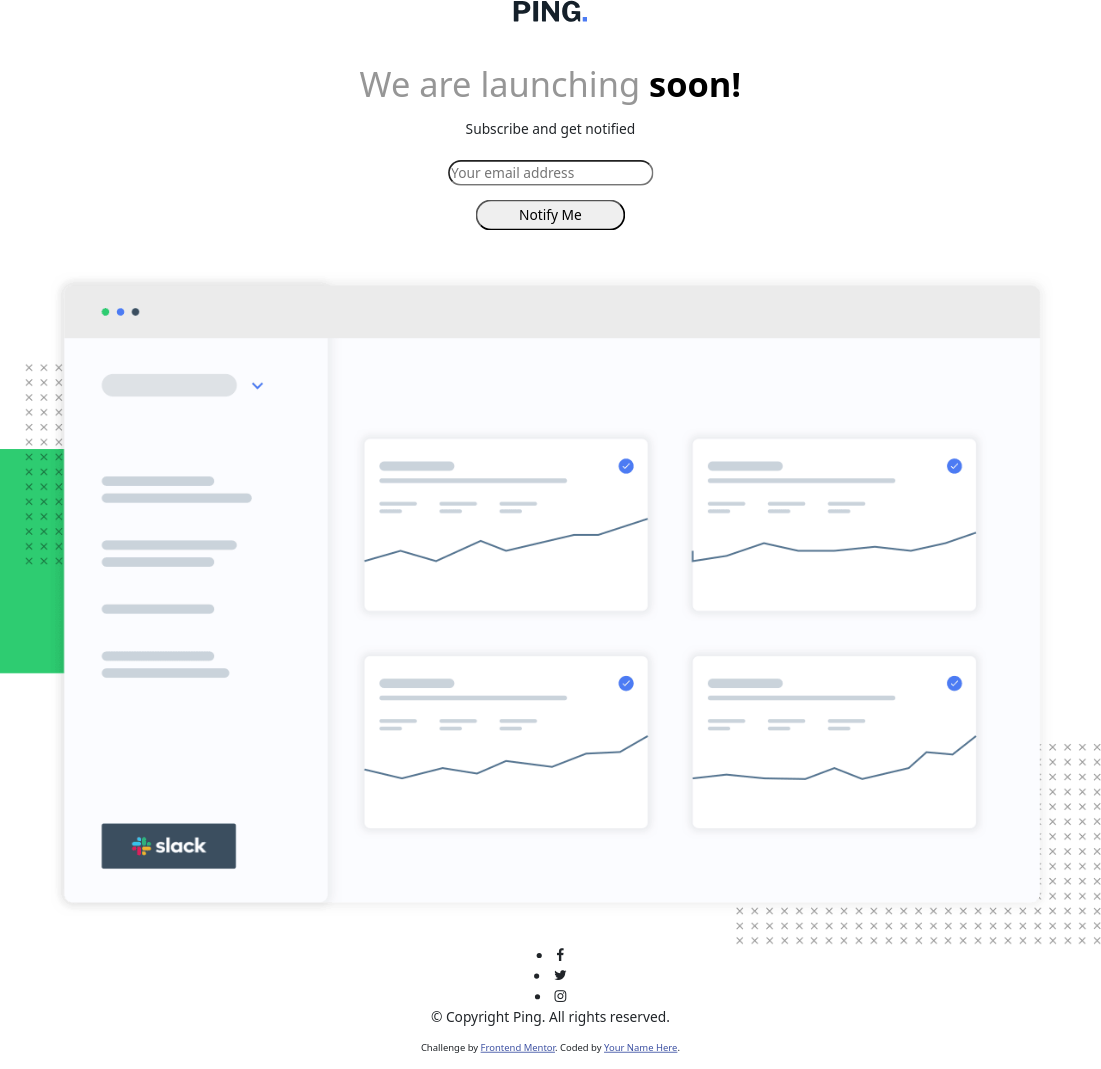
Repository: blordeus/ping-coming-soon-page-master
Page: index.html
An editor plug-in stored every save of this project. The page is shown before and after the next save, followed by the edit.
The browser window is 1280 px wide. The pictures show the whole page, at 86% of full size.
The style sheet was rebuilt from its Sass, Less or Tailwind sources for each picture, by a compiler version that may differ from the author's.

Above is the page before, as saved 2023-08-31 11:31:51.

After the next save:
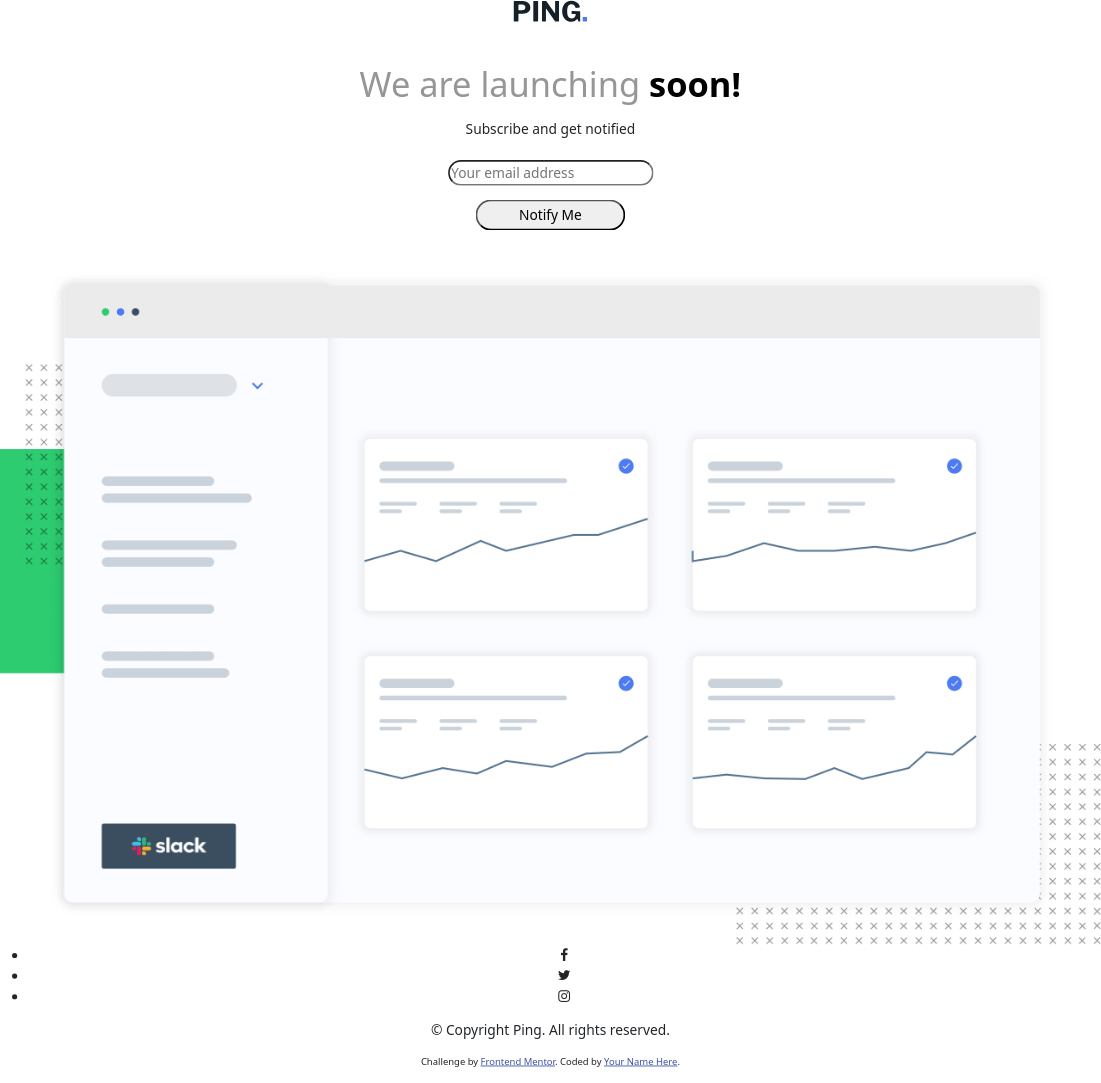
Saved 6 s later.
--- a/index.html
+++ b/index.html
@@ -37,9 +37,11 @@
     </section>
 
     <div class="flex flex-col gap-x-4 justify-between">
-      <li><i class="fa fa-facebook" aria-hidden="true"></i></li>
-      <li><i class="fa fa-twitter" aria-hidden="true"></i></li>
-      <li><i class="fa fa-instagram" aria-hidden="true"></i></li>
+      <ul>
+        <li><i class="fa fa-facebook" aria-hidden="true"></i></li>
+        <li><i class="fa fa-twitter" aria-hidden="true"></i></li>
+        <li><i class="fa fa-instagram" aria-hidden="true"></i></li>
+      </ul>
     </div>
 
     <p>&copy; Copyright Ping. All rights reserved.</p>
